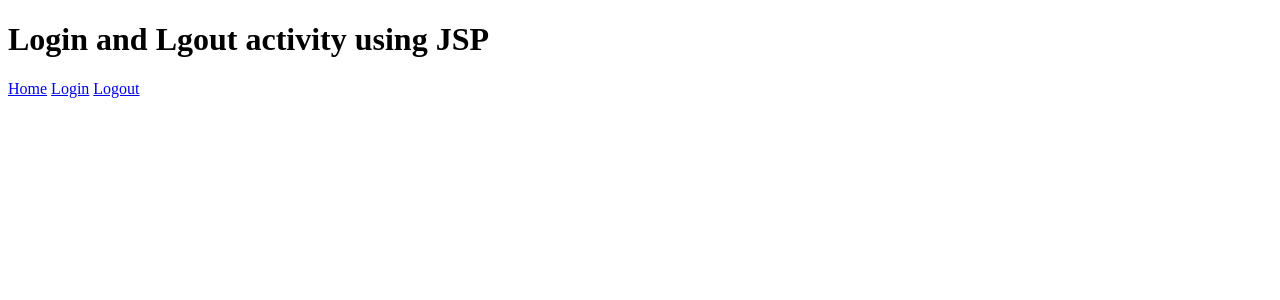
Repository: gawron921/psitab
Page: http://localhost/web01/
These files come from the project's save history. The page is drawn as it stood at one moment and after the next save; the edit follows.
The browser window is 1280 px wide. The pictures show the whole page.
The page is served by Tomcat 9. Other server files are loaded and not shown.

Above is the page before, as saved 2020-02-26 17:09:36.

### web01/WebContent/home.jsp
<%@ page language="java" contentType="text/html; charset=ISO-8859-1"
    pageEncoding="ISO-8859-1"%>
<!DOCTYPE html PUBLIC "-//W3C//DTD HTML 4.01 Transitional//EN" "http://www.w3.org/TR/html4/loose.dtd">
<html>
<head>
<meta http-equiv="Content-Type" content="text/html; charset=ISO-8859-1">
<title>Insert title here</title>
</head>
<body>
<h1>Login and Lgout activity using JSP</h1>
<a href="http://localhost:8080/web01/home.jsp"> Home</a>
<a href="http://localhost:8080/web01/login.jsp"> Login</a>
<a href="http://localhost:8080/web01/logout.jsp"> Logout</a>
</body>
</html>

After the next save:
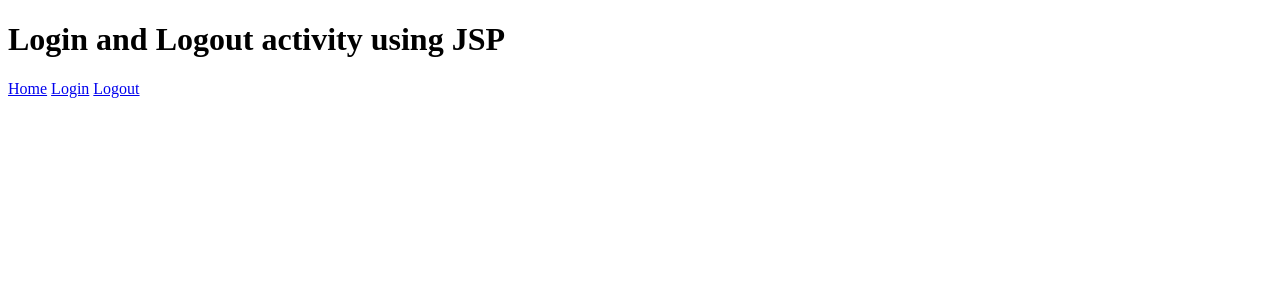
Saved 8 s later.
--- a/web01/WebContent/home.jsp
+++ b/web01/WebContent/home.jsp
@@ -7,7 +7,7 @@
 <title>Insert title here</title>
 </head>
 <body>
-<h1>Login and Lgout activity using JSP</h1>
+<h1>Login and Logout activity using JSP</h1>
 <a href="http://localhost:8080/web01/home.jsp"> Home</a>
 <a href="http://localhost:8080/web01/login.jsp"> Login</a>
 <a href="http://localhost:8080/web01/logout.jsp"> Logout</a>
